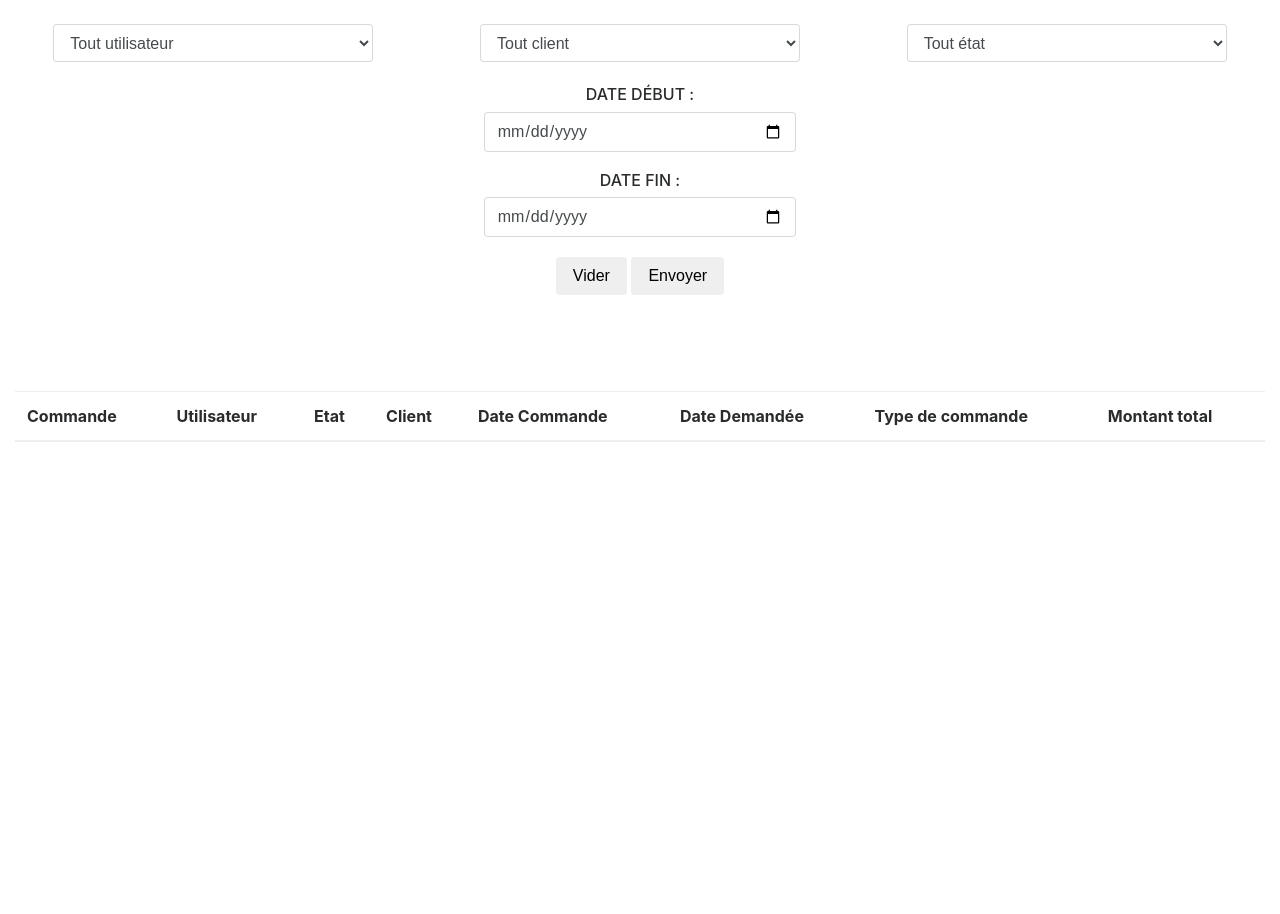
Repository: vmele/Cote
Page: http://localhost/PPE4_VMELE/reporting.jsp
The author's editor kept a copy of each file at every save. The page is drawn from the files as they stood at one save, then again after the next save.
The browser window is 1280 px wide. The pictures show the whole page.
Some web libraries are served in a nearby version. The page is served by Tomcat 9. Queries for data that is not in the repository find no rows.

Above is the page before, as saved 2017-06-06 12:19:50.
Console error (its wording comes from the project's code and is left out).

After the next save:
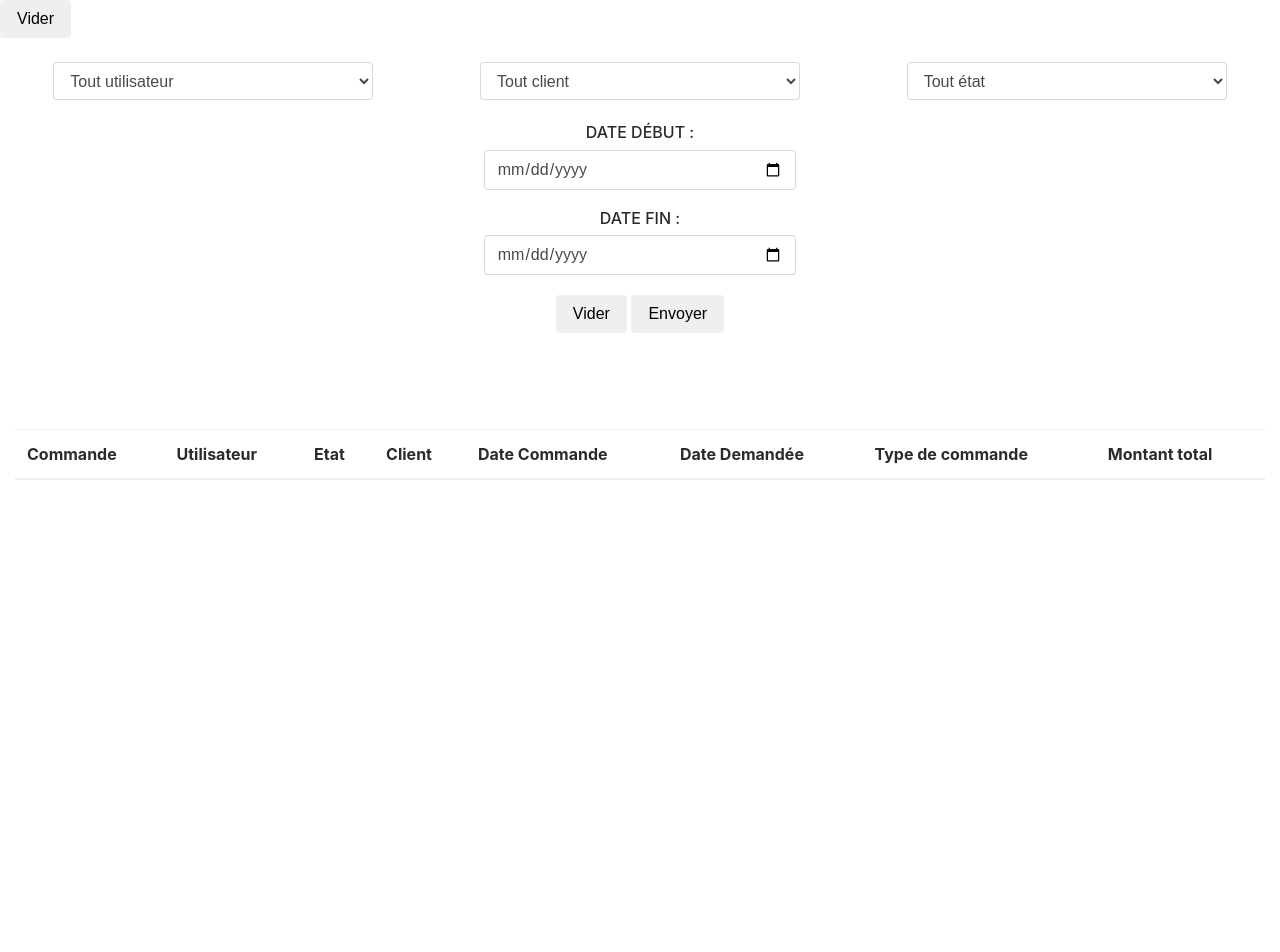
Saved 65 s later.
--- a/Workspace/PPE4_VMELE/WebContent/reporting.jsp
+++ b/Workspace/PPE4_VMELE/WebContent/reporting.jsp
@@ -28,6 +28,10 @@
 
 <meta http-equiv="Content-Type" content="text/html; charset=UTF-8">
 <title>Reporting</title>
+
+			<button id="searchListe" onclick="viderInfos()" type="button"
+				class="btn">Vider</button>
+
 </head>
 <body>
 
